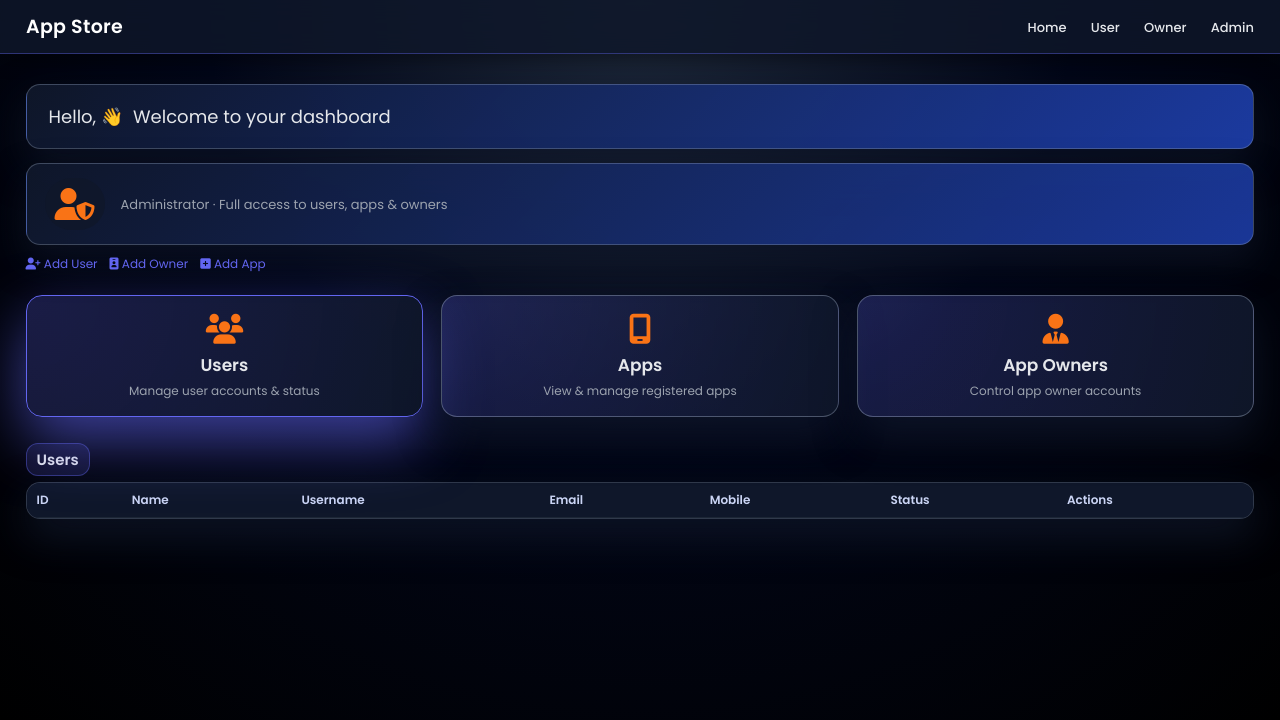
Repository: Harsh91400/Capstone_Project
Page: http://localhost/frontend-service/WEB-INF/views/admin-dashboard.jsp
The author's editor kept a copy of each file at every save. The page is drawn from the files as they stood at one save, then again after the next save.
The browser window is 1280 px wide. The pictures show the whole page.
The page is served by Tomcat 9. Nobody is signed in. The template is opened directly, without the code that normally fills it, so the values that code supplies are empty.

Above is the page before, as saved 2025-12-05 08:54:46.

After the next save:
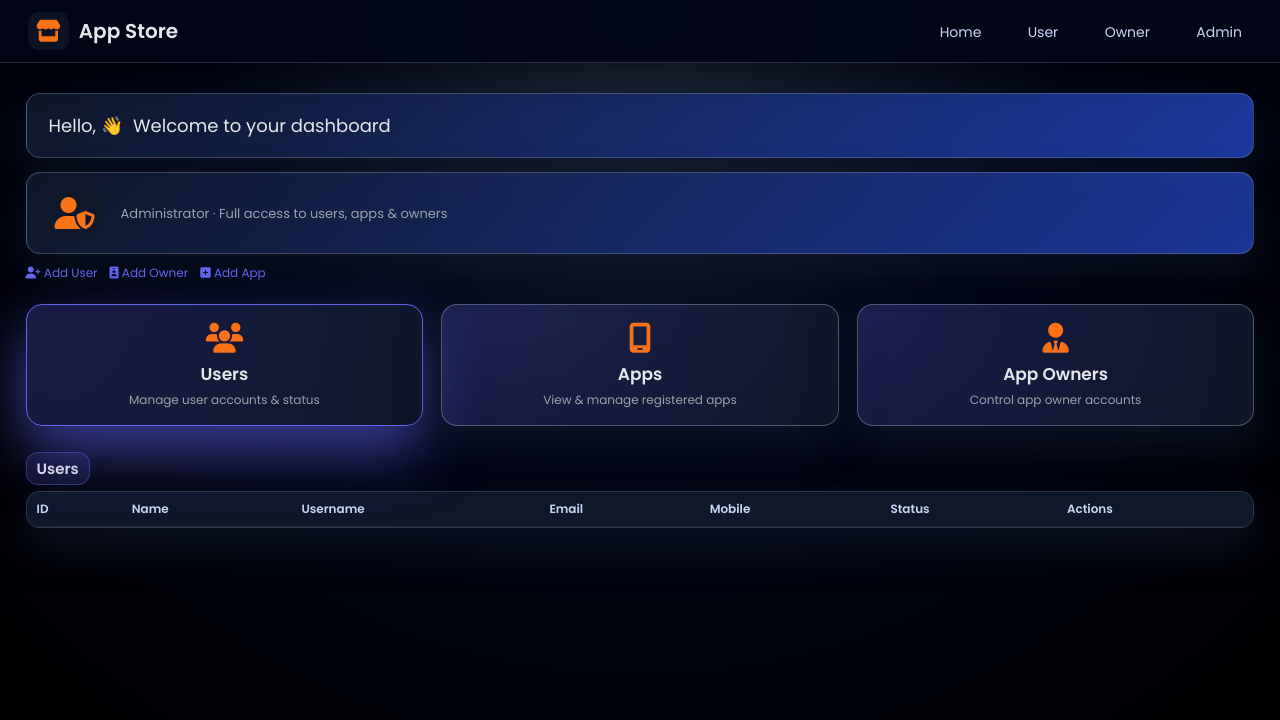
Saved 2 min 28 s later.
--- a/spring-eureka-project/frontend-service/src/main/webapp/WEB-INF/views/navbar.jsp
+++ b/spring-eureka-project/frontend-service/src/main/webapp/WEB-INF/views/navbar.jsp
@@ -1,72 +1,61 @@
 <%@ taglib uri="http://java.sun.com/jsp/jstl/core" prefix="c" %>
-
 <style>
-    :root {
-        --nav-bg: rgba(15, 23, 42, 0.85);
-        --nav-border: rgba(99, 102, 241, 0.4);
-        --nav-hover: #f97316;
-        --nav-text: #e5e7eb;
+    .nav-main {
+        background: rgba(2,6,23,0.95);
+        backdrop-filter: blur(10px);
+        display: flex;
+        justify-content: space-between;
+        align-items: center;
+        padding: 12px 28px;
+        box-shadow: 0 10px 30px rgba(0,0,0,0.45);
+        font-family: 'Poppins', sans-serif;
+        border-bottom: 1px solid rgba(148,163,184,0.25);
     }
 
-    .top-nav {
-        backdrop-filter: blur(14px);
-        -webkit-backdrop-filter: blur(14px);
-        background: var(--nav-bg);
-        border-bottom: 1px solid var(--nav-border);
-        padding: 12px 26px;
+    .nav-logo {
         display: flex;
         align-items: center;
-        justify-content: space-between;
-        box-shadow: 0 4px 20px rgba(0,0,0,0.45);
-        font-family: 'Poppins', sans-serif;
-        position: sticky;
-        top: 0;
-        z-index: 50;
+        gap: 10px;
+        font-size: 20px;
+        font-weight: 600;
+        color: #e5e7eb;
+        cursor: pointer;
+        text-decoration: none;
     }
 
-    .top-nav-title {
-        font-weight: 600;
-        font-size: 19px;
-        color: #ffffff;
-        letter-spacing: .3px;
+    .nav-logo i {
+        font-size: 22px;
+        color: #f97316;
+        background: rgba(15,23,42,0.8);
+        padding: 8px;
+        border-radius: 10px;
     }
 
-    .top-nav-links a {
-        margin-left: 20px;
-        font-size: 13px;
+    .nav-links a {
+        color: #cbd5f5;
+        font-size: 14px;
         text-decoration: none;
-        color: var(--nav-text);
-        font-weight: 500;
-        transition: color 0.18s ease;
-        position: relative;
-        padding-bottom: 3px;
+        margin-left: 22px;
+        transition: 0.2s ease;
+        padding: 6px 10px;
+        border-radius: 8px;
     }
 
-    .top-nav-links a:hover {
-        color: var(--nav-hover);
-    }
-
-    .top-nav-links a::after {
-        content: "";
-        position: absolute;
-        left: 0;
-        bottom: 0;
-        height: 2px;
-        width: 0;
-        background: var(--nav-hover);
-        transition: width 0.2s ease-in-out;
-        border-radius: 12px;
-    }
-
-    .top-nav-links a:hover::after {
-        width: 100%;
+    .nav-links a:hover {
+        color: #fff;
+        background: rgba(99,102,241,0.22);
     }
 </style>
 
-<div class="top-nav">
-    <div class="top-nav-title">App Store</div>
+<!-- Include Icons -->
+<link rel="stylesheet" href="https://cdnjs.cloudflare.com/ajax/libs/font-awesome/6.5.0/css/all.min.css"/>
 
-    <div class="top-nav-links">
+<div class="nav-main">
+    <a href="${pageContext.request.contextPath}/" class="nav-logo">
+        <i class="fa-solid fa-store"></i> App Store
+    </a>
+
+    <div class="nav-links">
         <a href="${pageContext.request.contextPath}/">Home</a>
         <a href="${pageContext.request.contextPath}/users-ui/login">User</a>
         <a href="${pageContext.request.contextPath}/owners-ui/login">Owner</a>
